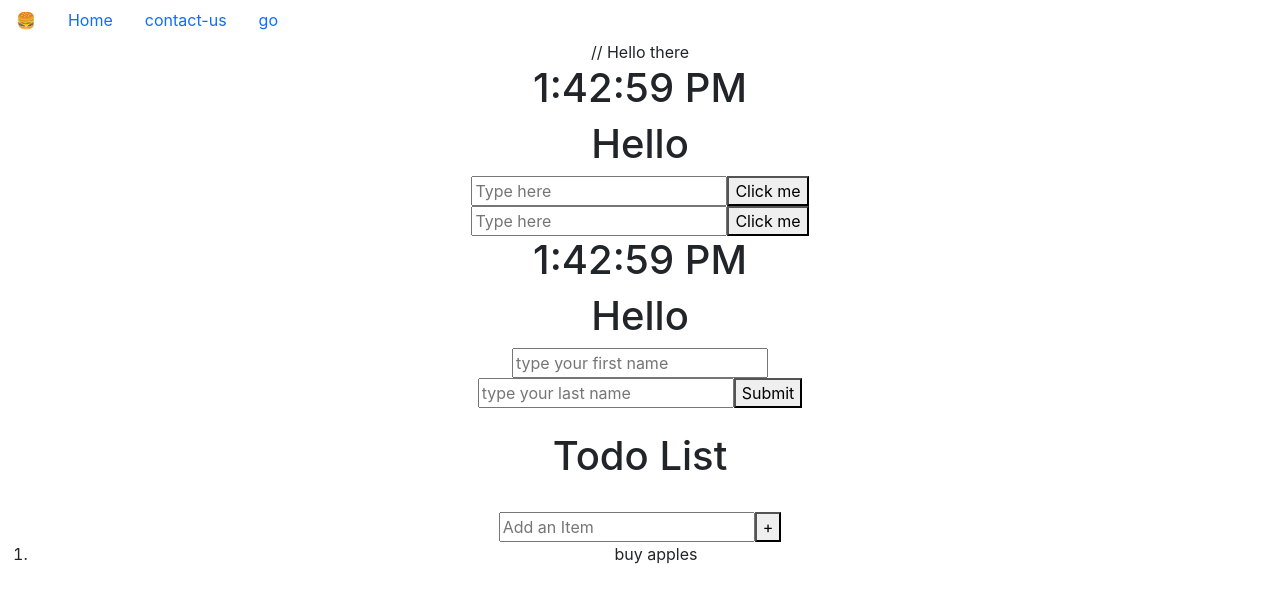
Repository: shah-zx/React-learning
Page: /
The author's editor kept a copy of each file at every save. The page is drawn from the files as they stood at one save, then again after the next save.
The browser window is 1280 px wide. The pictures show the whole page.
The project was rebuilt for these pictures with package versions that can differ from the ones it lists, and the page was loaded fresh each time. Also part of the build but not shown: src/components/Greet.js, src/components/Welcome.js, src/components/Swagat.js, src/components/Namaste.js, src/components/Hello.js, src/components/ayiye.js, src/components/Message.js, src/components/Thought.js and 47 more. Imported but missing from the stored project, and not drawn on this page: src/components/Indexaskeyantipattern.

Above is the page before, as saved 2021-11-12 22:19:19.

After the next save:
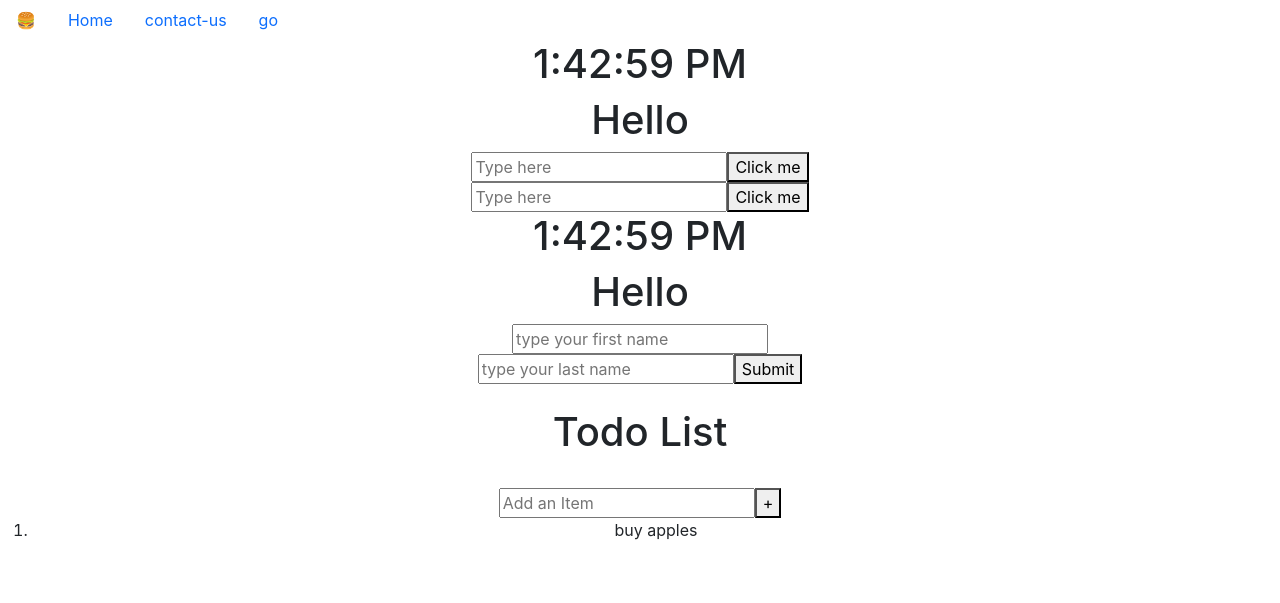
Saved 14 s later.
--- a/src/components/Navbar.js
+++ b/src/components/Navbar.js
@@ -21,7 +21,7 @@ export default function Navbar(props) {
         <li className="nav-item">
           <a className="nav-link">{props.hello}</a>
         </li>
-      </ul>  // Hello there
+      </ul>
       <Dclock/>
       </>
     )
